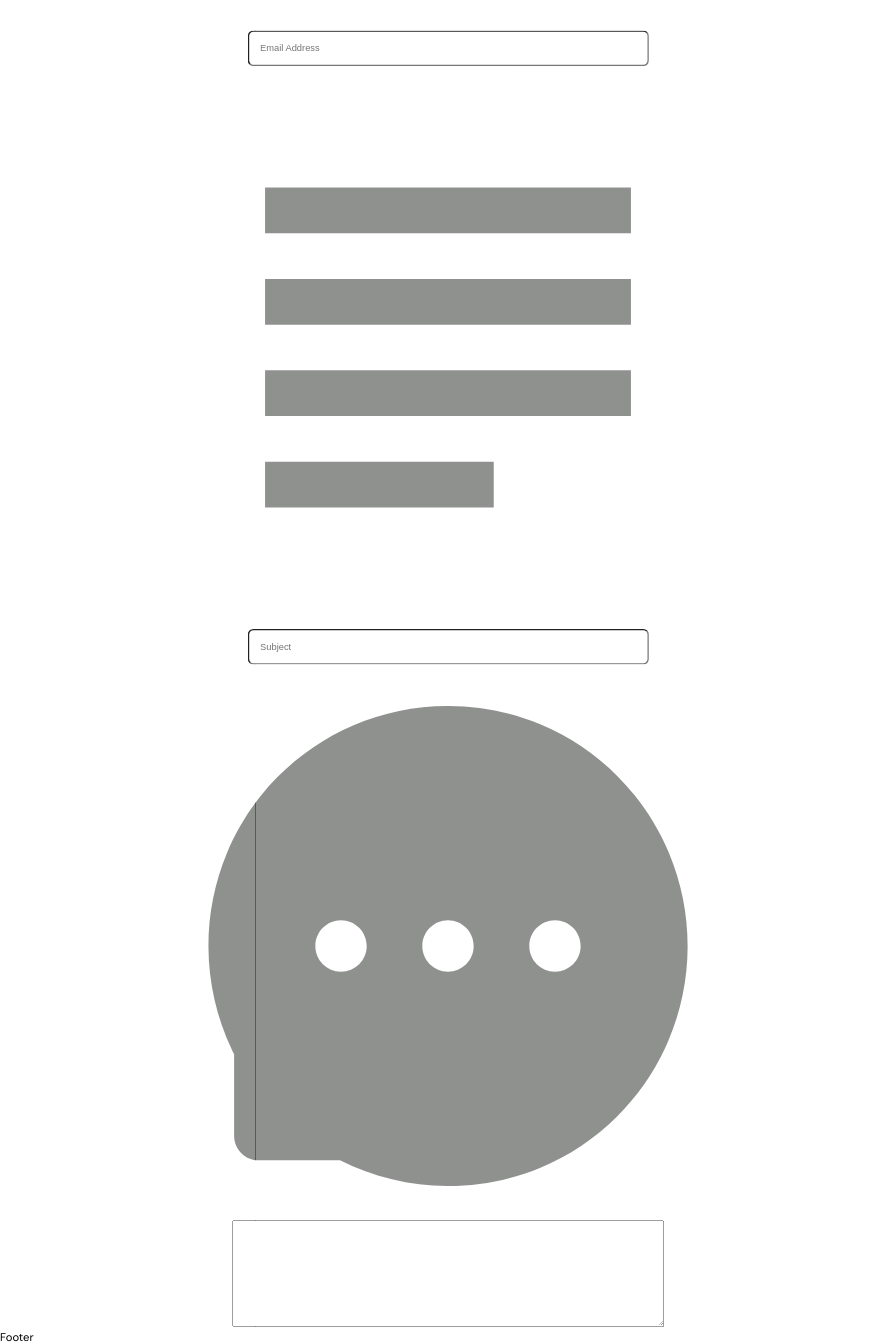
Repository: nacossuil/Uil-Nacos-Web
Page: /contact (app in frontend/)
The author's editor kept a copy of each file at every save. The page is drawn from the files as they stood at one save, then again after the next save.
The browser window is 1280 px wide. The pictures show the part of the page from y = 2219 to 4139 px (the page is 4139 px tall before and 4054 px after), at 70% of full size.
The project was rebuilt for these pictures with package versions that can differ from the ones it lists, and the page was loaded fresh each time. Also part of the build but not shown: frontend/vite.config.js, frontend/src/components/Home/About/About.jsx, frontend/src/components/Home/Hero/Hero.jsx, frontend/src/pages/Home/HomePage.jsx, frontend/src/pages/About/AboutPage.jsx, frontend/src/pages/Events/EventsPage.jsx, frontend/src/pages/Opportunities/tempData.js, frontend/src/pages/Opportunities/OpportunitiesPage.jsx and 1 more.

Above is the page before, as saved 2023-11-15 11:00:53.

### frontend/index.html
<!doctype html>
<html lang="en">

<head>
  <meta charset="UTF-8" />
  <link rel="icon" type="image/svg+xml" href="./src/assets/nacos-logo.svg" />
  <meta name="viewport" content="width=device-width, initial-scale=1.0" />
  <title>NACOS</title>
</head>

<body>
  <div id="root"></div>
  <script type="module" src="/src/main.jsx"></script>
</body>

</html>

### frontend/src/App.jsx
import { useState } from "react";
import "./App.css";
import Navbar from "./components/Navbar/Navbar";
import { Routes, Route } from "react-router-dom";
import HomePage from "./pages/Home/HomePage";
import ContactPage from "./pages/Contact/ContactPage";
import Footer from "./components/Footer/Footer";
import AboutPage from "./pages/About/AboutPage";
import EventsPage from "./pages/Events/EventsPage";
import OpportunitiesPage from "./pages/Opportunities/OpportunitiesPage";
import CgpaCalculatorPage from "./pages/CgpaCalculator/CgpaCalculatorPage";
import ScrollToTop from "./assets/up-arrow-icon.svg?react";
function App() {
  const [scrollToTopVisible, setScrollToTopVisible] = useState(false);

  const toggleVisible = () => {
    const scrolled = document.documentElement.scrollTop;
    if (scrolled > 300) {
      setScrollToTopVisible(true);
    } else if (scrolled <= 300) {
      setScrollToTopVisible(false);
    }
  };

  const scrollToTop = () => {
    window.scrollTo({
      top: 0,
      behavior: "smooth",
    });
  };
  window.addEventListener("scroll", toggleVisible);
  return (
    <main>
      <Navbar />
      <Routes>
        <Route path="/" element={<HomePage />} />
        <Route path="/about" element={<AboutPage />} />
        <Route path="/events" element={<EventsPage />} />
        <Route path="/contact" element={<ContactPage />} />
        <Route path="/opportunities" element={<OpportunitiesPage />} />
        <Route path="/cgpa-calculator" element={<CgpaCalculatorPage />} />
      </Routes>
      <Footer />
      {scrollToTopVisible ? (
        <div
          className="scroll-to-top-icon"
          onClick={() => {
            scrollToTop();
          }}
        >
          <ScrollToTop />
        </div>
      ) : null}
    </main>
  );
}

export default App;

### frontend/src/index.css
@import url('https://fonts.googleapis.com/css2?family=DM+Sans:opsz,wght@9..40,300;9..40,400;9..40,500;9..40,600;9..40,700&family=Mulish:wght@200;300;400;500;600;700&display=swap');
:root {
    font-size: 16px;
}

* {
    box-sizing: border-box;
    margin: 0;
    padding: 0;
}

body {
    margin: 0;
}

.flexCenter {
    display: flex;
    flex-wrap: wrap;
    justify-content: center;
    align-items: center;
    text-align: center;
}

.textBig {
    font-size: 36px;
    font-weight: 700;
    line-height: 48px;
}

### frontend/src/App.css
@import url('https://fonts.googleapis.com/css2?family=DM+Sans&display=swap');

body {
  font-family: 'DM Sans', sans-serif;
}

main {
  position: relative;
  min-height: 300vh;
}

.scroll-to-top-icon {
  position: fixed;
  bottom: 16.1875rem;
  right: 6.25rem;
}

### frontend/src/components/Navbar/Navbar.jsx
import { useState } from "react";
import "./Navbar.css";
import { NavLink, Link } from "react-router-dom";

const Navbar = () => {
  // An array which contains link objects.
  // This makes it easier to add/remove links without having to tamper with existing markup
  const links = [
    {
      title: "Home",
      path: "/",
    },
    {
      title: "About",
      path: "/about",
    },
    {
      title: "Events",
      path: "/events",
    },
    {
      title: "Contact",
      path: "/contact",
    },
    {
      title: "Opportunities",
      path: "/Opportunities",
    },
    {
      title: "CGPA Calculator",
      path: "/calculator",
    },
  ];
  //state to keep track of the scroll position.
  const [scrolled, setScrolled] = useState(false);

  // function to toggle state when scrolled
  const toggle = () => {
    if (window.scrollY > 40) {
      setScrolled(true);
    } else {
      setScrolled(false);
    }
  };
  window.addEventListener("scroll", toggle);

  return (
    <header className={scrolled ? "scrolled" : ""}>
      <Link to={"/"}>
        <div>
          <img src="/src/assets/nacos-logo.svg" alt="" />
          <img src="/src/assets/unilorin-logo.svg" alt="" />
        </div>
      </Link>
      <nav>
        {/* Mapping over the links array and generating individual links
        The key for each link is it's title  */}
        {links.map((link) => (
          <NavLink to={link.path} key={link.title} end>
            {link.title}
          </NavLink>
        ))}
      </nav>
    </header>
  );
};

export default Navbar;

### frontend/src/pages/Contact/ContactPage.jsx
import './ContactPage.css'
import Img from '../../assets/customer-support.png'
import Person from '../../assets/fluent_person-20-filled.svg'
import Email from '../../assets/email-icon.svg'
import Ic from '../../assets/ic_outline-subject.svg'
import AntDesign from '../../assets/ant-design_message-filled.svg'

const ContactPage = () => {
  return (
    <section className="c-wrapper">
      <div className="flexCenter c-container">
        <div className="flexCenter first">
          <div className="c-heading">
            <h1 className="textBig">Contact Us</h1>
          </div>
          <div className="image-container">
            <img src={Img} alt="bgImg" />
          </div>
        </div>
        <div className="second">
          <div className="textBig s-text">
            If you have any questions or need assistance, please {`don't`}{' '}
            hesitate to reach out to us.
          </div>
          <form className="form">
            <img src={Person} alt="person" className="icon" />
            <input type="text" placeholder="Your Name" />
            <img src={Email} alt="person" className="icon" />
            <input type="text" placeholder="Email Address" />
            <img src={Ic} alt="person" className="icon" />
            <input type="text" placeholder="Subject" />
            <img src={AntDesign} alt="" />
            <textarea name="" id="" cols="75" rows="10"></textarea>
          </form>
        </div>
      </div>
    </section>
  )
}

export default ContactPage

### frontend/src/components/Footer/Footer.jsx
const Footer = () => {
  return (
    <footer>Footer</footer>
  )
}

export default Footer

### frontend/src/components/Navbar/Navbar.css
/* Making minimal use of classes to avoid class colision issues and specificity problems */

header {
    height: 5.5rem;
    width: 100%;
    display: flex;
    justify-content: space-between;
    align-items: center;
    font-family: 'DM Sans', sans-serif;
    font-size: 1rem;
    padding-inline: 5rem;
    border-bottom: solid 1px #138601;
    position: sticky;
    top: 0;
    transition: background .3s;
}

nav {
    display: flex;
    gap: 1.625rem;
    /*gap provided in the desing*/

}

nav a {
    color: #212521;
    text-decoration: none;
    position: relative;
}

header div {
    display: flex;
    gap: 2rem;
}

nav a.active {
    color: #138601;
}

/* using the after pseudo-class to create horizontal bars beneath active links */
nav a.active::after {
    content: '';
    position: absolute;
    bottom: -2.125rem;
    left: 0;
    background-color: #138601;
    width: 100%;
    height: 0.25rem;
    border-radius: 0.375rem;
}

/* utility class to change background of navigation on scroll */
header.scrolled {
    background-color: #FFFFFF;
}

### frontend/src/pages/Contact/ContactPage.css
.c-wrapper {
    position: relative;
    font-family: 'Mulish', sans-serif;
}


/* first div */

.c-container .first {
    background: #dcffd7;
    width: 100%;
}

.first .c-heading {
    width: 100%;
}

.first .c-heading>h1 {
    text-align: center;
    margin: 2.8rem auto 0;
}


/* second div  */

.second {
    margin-top: 5rem;
}

.second>.s-text {
    width: 49rem;
    margin-bottom: 5rem;
}

.second input {
    display: block;
    margin: 10px auto;
    width: 573px;
    padding: 1rem;
    border-radius: 8px;
}

### frontend/src/pages/Opportunities/Opportunitiespage.css
.opportunities {
  /*###### CUSTOM VARIABLES ######*/
  --color-primary-tint: hsla(112, 99%, 92%);
  --color-primary-shade: hsl(112, 99%, 26%);
  --text-color: hsla(120, 6%, 14%, 1);
  --text-color-light: hsla(108, 10%, 10%, 0.8);

  --font-family: "DM Sans", sans-serif;

  --fs-heading-lg: 2.5rem;
  --fs-heading-md: 2.25rem;
  --fs-heading-sm: 1.25rem;
  --fs-text-md: 1rem;
  --fs-text-lg: 1.75rem;
  --fs-text-sm: 0.875rem;
  --fs-text-x-sm: 0.75rem;

  --line-height-text: 1.6;
  --btn-radius: 2.8vw;
  --card-radius: 17px;
  --custom-box-shadow: 0 6px 8px 0 hsla(0, 0%, 0%, 0.15);

  /* GlOBAL STYLINGS */
  font-family: var(--font-family);
}

/*###### GLOBAL RESETS ######*/
* {
  box-sizing: border-box;
  margin: 0;
  padding: 0;
}

.opportunities > * {
  font-family: inherit;
}

img {
  /* Making images responsive */
  display: block;
  width: 100%;
}

/*###### RE-USABLE CLASSES ######*/
.container {
  /* max-width: Ideal width not decided yet */
  width: 85%;
  margin-inline: auto;
}

.justify-flex {
  display: flex;
  justify-content: space-between;
  align-items: center;
}

.heading-lg {
  font-size: var(--fs-heading-lg);
  font-weight: 600;
  margin-bottom: 2rem;
}

.heading-md {
  font-family: "Mulish", var(--font-family), sans-serif;
  font-size: var(--fs-heading-md);
  font-weight: 600;
  margin-bottom: 5rem;
}

.heading-sm {
  font-family: "Mulish", var(--font-family), sans-serif;
  font-size: var(--fs-heading-sm);
  margin-bottom: 0.75rem;
}

.text-md {
  font-size: var(--fs-text-md);
  font-weight: 500;
  line-height: var(--line-height-text);
  margin-bottom: 2rem;
}

.text-sm {
  font-size: var(--fs-text-sm);
  font-weight: 400;
  margin-bottom: 1rem;
}

.text-x-sm {
  font-size: var(--fs-text-x-sm);
}

.btn {
  display: inline-block;
  font-weight: 500;
  text-decoration: none;
  color: var(--color-primary-tint);
  background-color: var(--color-primary-shade);
  border: 0;
  border-radius: var(--btn-radius);
  cursor: pointer;
}

.btn-lg {
  padding: 0.625em 1.25em;
}

.btn-md {
  padding: 0.5em 1em;
  font-size: var(--fs-text-sm);
}

/*##### INTRO SECTION #####*/
.section-intro {
  padding-block: 3rem;
  background-color: var(--color-primary-tint);
  background-image: url("./../../../src/assets/Opportunities/Grid.png");
  background-size: cover;
  background-repeat: no-repeat;
}

.intro__content {
  display: grid;
  grid-template-columns: repeat(2, 1fr);
  align-items: center;
}

.intro__content-img-box {
  display: grid;
  place-items: center;
}

.intro__content-img-box img {
  width: 80%;
}

/*##### RESOURCES SECTION #####*/

.section-courses {
  padding-block: 5rem;
}

.section-courses h1 {
  text-align: center;
}

.resources__cards {
  list-style-type: none;
  display: grid;
  grid-template-columns: repeat(3, 1fr);
  gap: 2rem;
}

.resources__card {
  color: var(--text-color);
  box-shadow: var(--custom-box-shadow);
  border-radius: var(--card-radius);
  overflow: hidden;
}

.resources__card .content {
  padding: 1rem;
}

/* This element would be conditionally styled in the JSX */
.resources__card .tag {
  display: inline-block;
  color: #192666;
  font-size: var(--fs-text-x-sm);
  font-weight: 500;
  background-color: #c0c6e4;
  padding: 0.3rem 0.6rem;
  border-radius: var(--btn-radius);
}

### frontend/src/pages/CgpaCalculator/cgpa.css
@import url('https://fonts.googleapis.com/css2?family=Mulish&display=swap');

#cgpa-container {
    box-shadow: 0px 32px 40px 12px rgba(0, 0, 0, 0.08);
}

#CGC-container {
    border: 1px solid rgba(33, 37, 33, 0.24);
}

#course {
    padding: 12px 68px 12px 16px;
    color: rgba(33, 37, 33, 0.50);
    border-right: 1px solid rgba(33, 37, 33, 0.24);
}

#grade-select {
    padding: 12px 20px 12px 16px;
    border-right: 1px solid rgba(33, 37, 33, 0.24);
    color: rgba(33, 37, 33, 0.50);
}


#credits {
    padding: 12px 20px 12px 16px;
    color: rgba(33, 37, 33, 0.50);
}

#add-btn {
    padding: 14px 31px;
    justify-content: center;
    align-items: center;
    border-radius: 100px;
    border: 1px solid #138601;
}

#calc-btn {
    padding: 14px 82px 14px 78px;
    border-radius: 100px;
    align-items: center;
}

#credits-section {
    border: 1px solid rgba(33, 37, 33, 0.20);
    width: 350px;
    padding: 12px 0px;
    display: flex;
    flex-direction: column;
    justify-content: center;
    align-items: center;
    gap: 4px;
    color: rgba(33, 37, 33, 0.50);
}

#cgpa-section {

    display: flex;
    width: 350px;
    padding: 12px 0px;
    flex-direction: column;
    justify-content: center;
    align-items: center;
    gap: 4px;
    border: 1px solid rgba(33, 37, 33, 0.20);
    color: rgba(33, 37, 33, 0.50);
}

#credit-count {
    font-family: 'Mulish', sans-serif;
}

#cgpa-count {
    font-family: 'Mulish', sans-serif;
}

#grade {
    color: rgba(33, 37, 33, 0.50);
}

#grade-bar {
    width: 524px;
    height: 24px;
    flex-shrink: 0;
    border-radius: 100px;
    border: 1px solid rgba(33, 37, 33, 0.12);
    background: #FFF;
}

### frontend/src/components/Shared/Values/Values.jsx
import './values.css'
import { RxRocket } from 'react-icons/rx'
import { TbTargetArrow } from 'react-icons/tb'
import { IoBulbOutline } from 'react-icons/io5'

const values = [
    {
        icon: <RxRocket />,
        title: "Our Mission",
        text: "Is to become a network of committed Student IT Professionals determined to stimulate the technology, innovation and entrepreneurship scene in Nigeria. To develop a vibrant ecosystem that drives digital inclusion across all tertiary Institutions"
    },
    {
        icon: <TbTargetArrow />,
        title: "Our Aims",
        text: `We aim to serve both professional and public interests by fostering the open interchange of information and by promoting the highest professional and ethical standards.
        To protect the image and safeguard the interest of the Computing profession.`
    }, {
        icon: <IoBulbOutline />,
        title: "Why NACOS (Unilorin) ?",
        text: `Ww aim to serve both professional and public interests by fostering the open interchange of information and by promoting the highest professional and ethical standards.
        To protect the image and safeguard the interest of the Computing profession.`
    },
]

const Values = () => {
    return (
        <div className='values'>
            {
                values.map(({ icon, title, text }) => (
                    <div className='value'>
                        <div className="value__icon">
                            {icon}
                        </div>
                        <div className="value__title">
                            {title}
                        </div>
                        <div className="value__text">
                            {text}
                        </div>
                    </div>
                ))
            }
        </div>
    )
}

export default Values

Loaded but not shown: frontend/src/main.jsx (common file); frontend/src/components/Home/About/About.css (no stored copy; drawn as an empty file); frontend/src/components/Home/Hero/hero.css (no stored copy; drawn as an empty file); frontend/src/components/Shared/Values/values.css (no stored copy; drawn as an empty file); frontend/src/pages/Home/HomePage.css (no stored copy; drawn as an empty file)

After the next save:
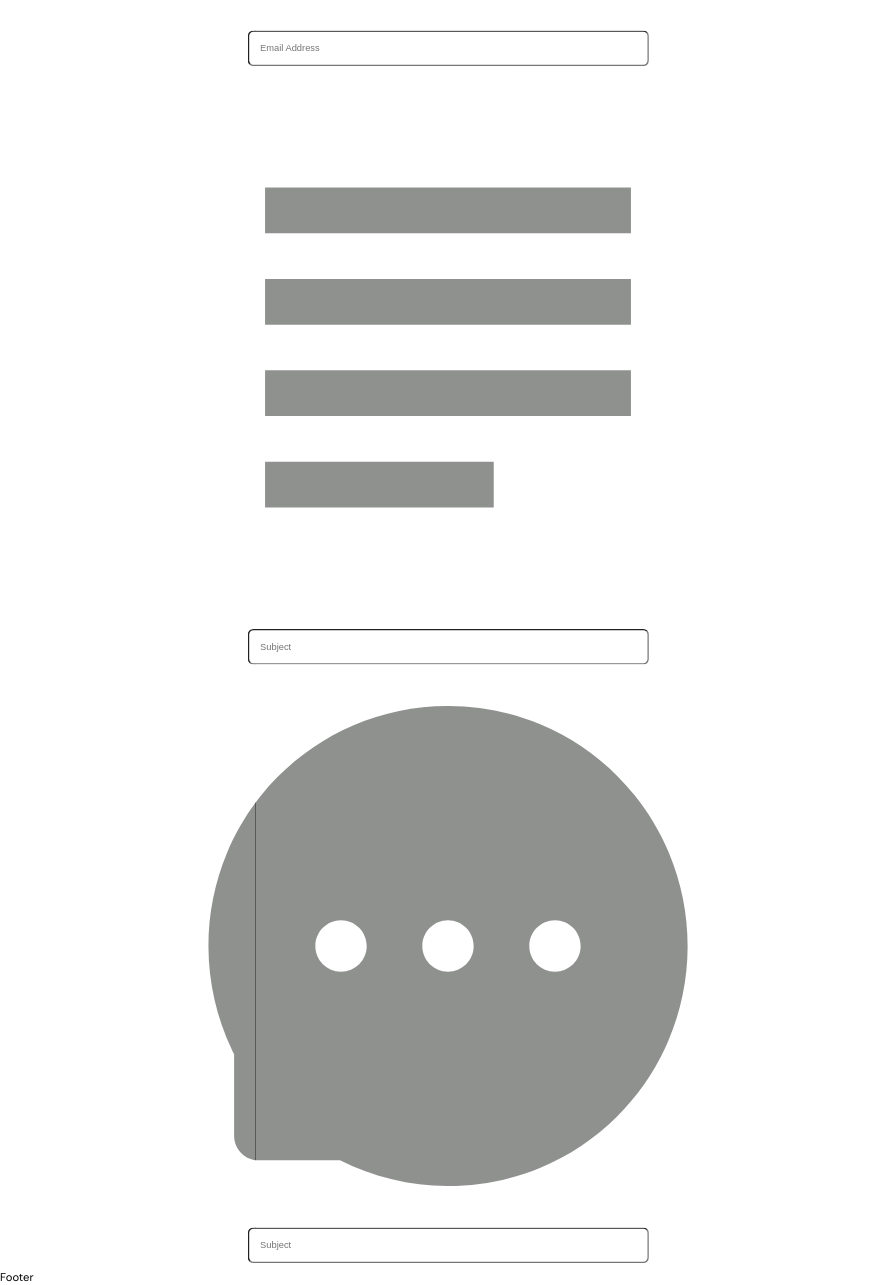
Saved 14 s later.
--- a/frontend/src/pages/Contact/ContactPage.jsx
+++ b/frontend/src/pages/Contact/ContactPage.jsx
@@ -30,7 +30,7 @@
             <img src={Ic} alt="person" className="icon" />
             <input type="text" placeholder="Subject" />
             <img src={AntDesign} alt="" />
-            <textarea name="" id="" cols="75" rows="10"></textarea>
+            <input type="text" placeholder="Subject" />
           </form>
         </div>
       </div>
